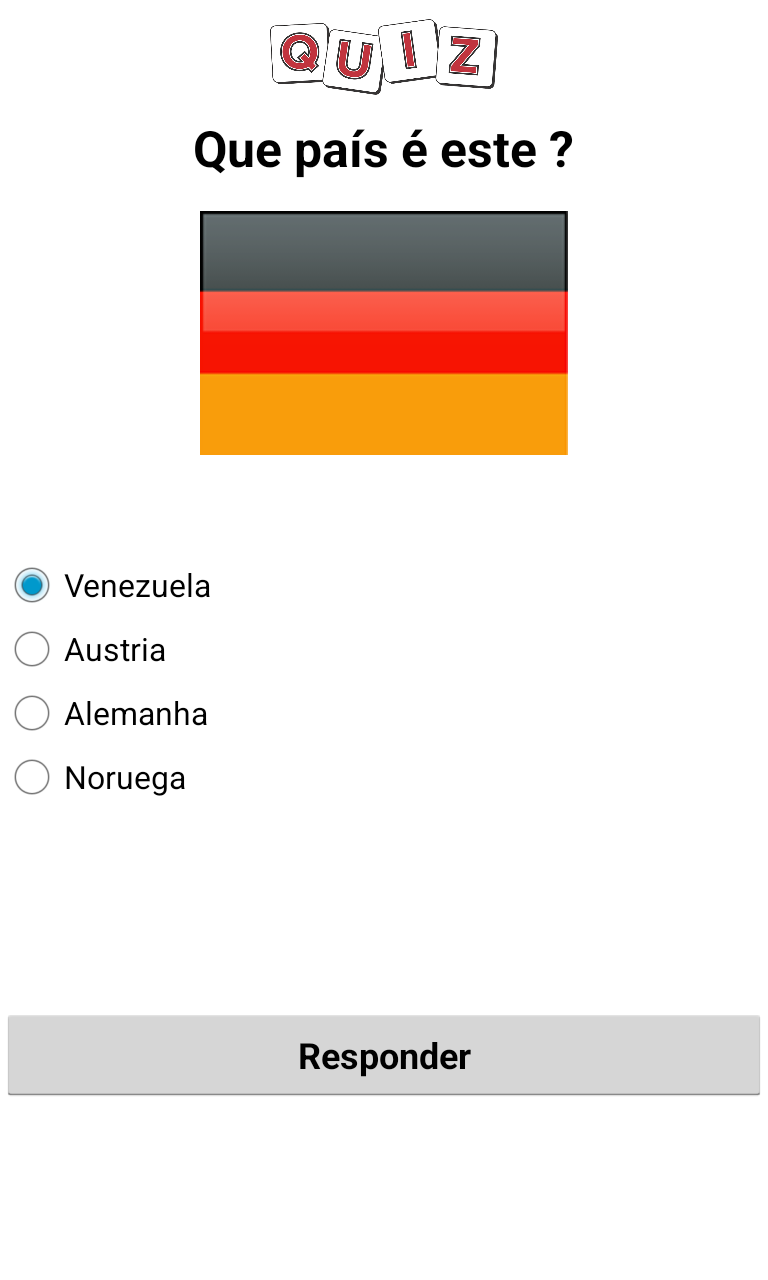
Repository: Rennanxp2/AndroidQuiz
Layout: Quiz Bandeiras Android/Quiz/res/layout/activity_quiz9.xml
The author's editor kept a copy of each file at every save. The layout is drawn from the files as they stood at one save, then again after the next save.
It is drawn on a 768 x 1280 px phone screen (xhdpi) without system bars, with theme AppTheme; the app's code is not run.

Above is the layout before, as saved 2017-10-22 03:41:25.

After the next save:
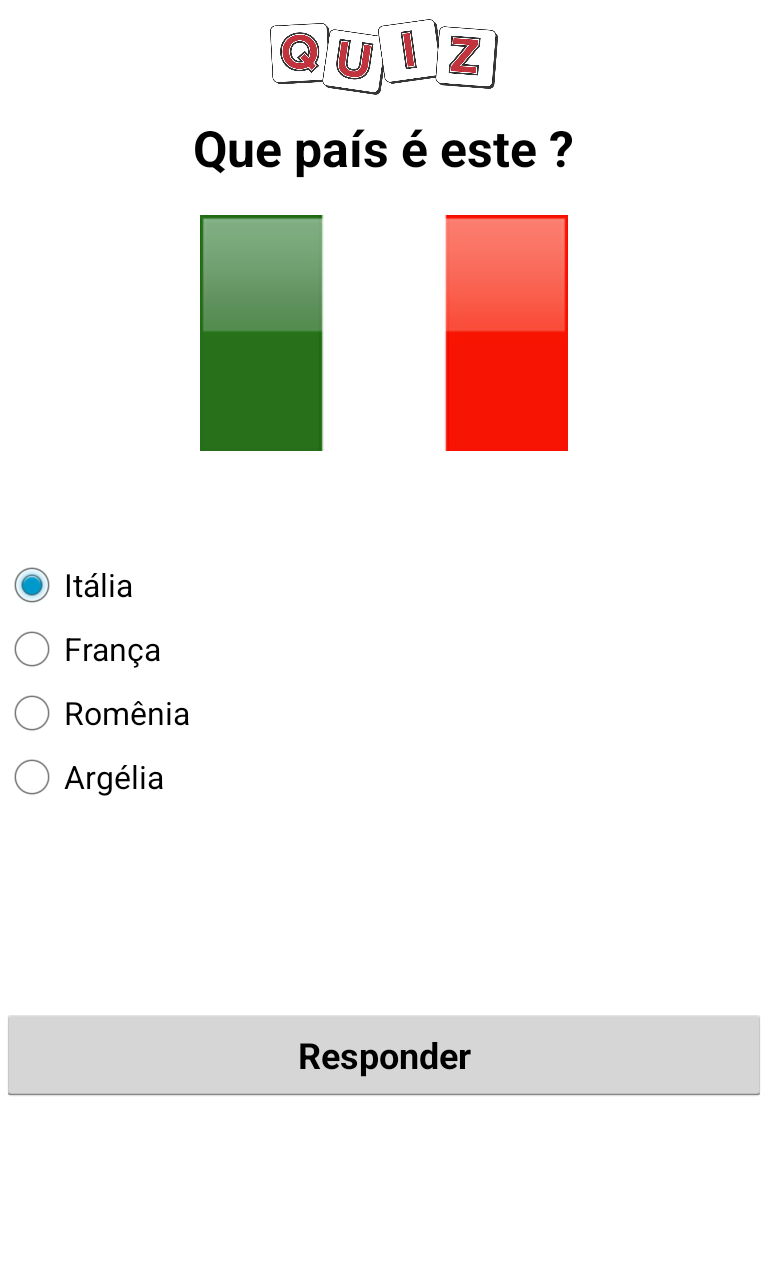
Saved 2 min 9 s later.
--- a/Quiz Bandeiras Android/Quiz/res/layout/activity_quiz9.xml
+++ b/Quiz Bandeiras Android/Quiz/res/layout/activity_quiz9.xml
@@ -49,7 +49,7 @@
             android:layout_width="184dp"
             android:layout_height="152dp"
             android:layout_gravity="center"
-            android:src="@drawable/alemanha" />
+            android:src="@drawable/italia" />
     </LinearLayout>
 
     <RelativeLayout
@@ -69,25 +69,25 @@
                 android:layout_width="wrap_content"
                 android:layout_height="wrap_content"
                 android:checked="true"
-                android:text="Venezuela" />
+                android:text="Itália" />
 
             <RadioButton
                 android:id="@+id/rbResposta2"
                 android:layout_width="wrap_content"
                 android:layout_height="wrap_content"
-                android:text="Austria" />
+                android:text="França" />
 
             <RadioButton
                 android:id="@+id/rbResposta3"
                 android:layout_width="wrap_content"
                 android:layout_height="wrap_content"
-                android:text="Alemanha" />
+                android:text="Romênia" />
 
             <RadioButton
                 android:id="@+id/rbResposta4"
                 android:layout_width="wrap_content"
                 android:layout_height="wrap_content"
-                android:text="Noruega" />
+                android:text="Argélia" />
         </RadioGroup>
 
     </RelativeLayout>
